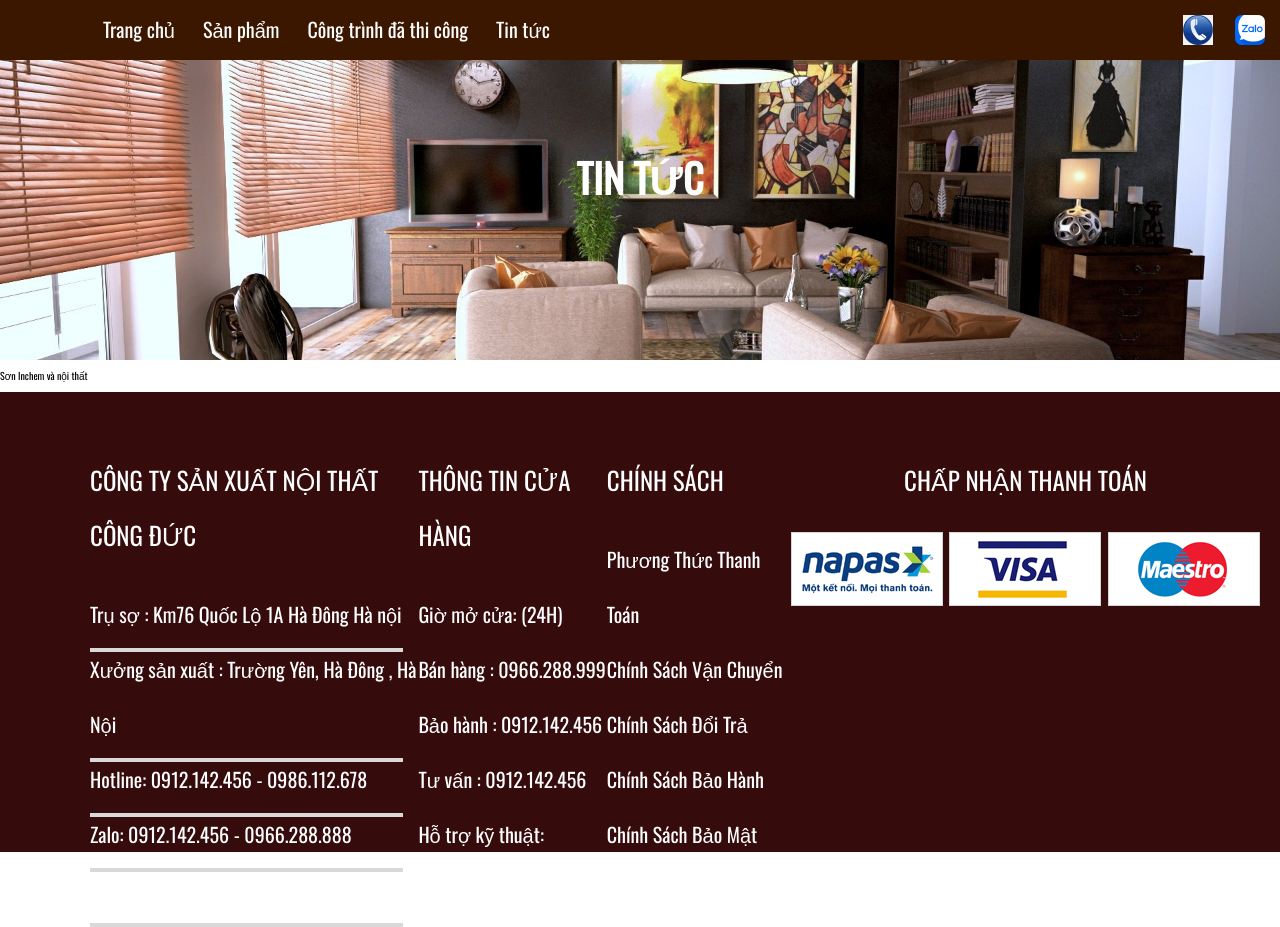
Repository: KHANHD192/FigmaTo-HTML
Page: APP-SHOP/tintuc.html
The author's editor kept a copy of each file at every save. The page is drawn from the files as they stood at one save, then again after the next save.
The browser window is 1280 px wide. The pictures show the whole page.

Above is the page before, as saved 2022-11-22 01:23:03.

### APP-SHOP/tintuc.html
<!DOCTYPE html>
<html lang="en">
<head>
    <meta charset="UTF-8">
    <meta http-equiv="X-UA-Compatible" content="IE=edge">
    <meta name="viewport" content="width=device-width, initial-scale=1.0">
    <title>Tin tức</title>
    <link rel="stylesheet" href="https://cdnjs.cloudflare.com/ajax/libs/normalize/8.0.1/normalize.min.css" integrity="sha512-NhSC1YmyruXifcj/KFRWoC561YpHpc5Jtzgvbuzx5VozKpWvQ+4nXhPdFgmx8xqexRcpAglTj9sIBWINXa8x5w==" crossorigin="anonymous" referrerpolicy="no-referrer" />
    <link rel="stylesheet" href="./asset/Css_main/base.css">
    <link rel="stylesheet" href="./asset/Css_main/main.css">
    <link rel="preconnect" href="https://fonts.googleapis.com">
     <link rel="preconnect" href="https://fonts.gstatic.com" crossorigin>
   <style>
     html{
            font-family: 'Oswald', sans-serif;
        }
        .header__background{
       height: 300px;
       position:relative;
         }
         .header__background-heading{
            position:absolute;
            font-size: 40px;
            line-height: 74.1px;
            color: white;
            top:30%;
            left:50%;
            transform: translate(-50%,-50%);
         }
   </style>
    </head>
<body>
    <div class="app">
        <header class="app__header">
            <div class="header__nav-bar">
               <ul class="nav-bar__item">
                   <li>
                       <a href="./index.html" class="nav-bar__item-link">Trang chủ</a>
                   </li>
                   <li>
                       <a href="#" class="nav-bar__item-link">Sản phẩm</a>
                   </li>
                   <li>
                       <a href="./ctdtc.html" class="nav-bar__item-link">Công trình đã thi công</a>
                   </li>
                   <li>
                       <a href="./tintuc.html" class="nav-bar__item-link">Tin tức</a>
                   </li>
               </ul>
               <ul class="nav-bar__icon">
                   <li>
                       <img src="./asset/IMG/image 3.png" alt="" class="logo">
                   </li>
                   <li>
                       <img src="./asset/IMG/image 2.png" alt="" class="logo">
                   </li>
               </ul>
            </div>
            <div class="header__background">
                <h1 class="header__background-heading">TIN TỨC</h1>
                <img src="./asset/IMG/pexels-pixabay-276724.jpg" alt="background">
            </div>
         </header>
         <div class="app__container2">
           <div class="container__wrap">
            <div class="container__content">
                <div class="content__image">

                </div>
                <div class="content__text">
                    <p class="content__text-title">
                        Sơn Inchem và nội thất
                    </p>
                </div>
            </div>
           </div>
         </div>
         <footer class="app__footer">
            <div class="footer__addres">
                <p class="addres__title">CÔNG TY SẢN XUẤT NỘI THẤT CÔNG ĐỨC</p>
                <ul>
                    <li class="address__item" >Trụ sợ : Km76 Quốc Lộ 1A Hà Đông Hà nội</li>
                    <li class="address__item">Xưởng sản xuất : Trường Yên, Hà Đông , Hà Nội</li>
                    <li class="address__item">Hotline: 0912.142.456 - 0986.112.678 </li>
                    <li class="address__item">Zalo: 0912.142.456 - 0966.288.888</li>
                    <li class="address__item">
                        <a href="noithatcongduc.com.vn">Website: noithatcongduc.com.vn</a>
                    </li>
                </ul>
            </div>
            <div class="footer__info">
                <p class="addres__title">THÔNG TIN CỬA HÀNG </p>
                <ul>
                    <li> Giờ mở cửa: (24H)</li>
                    <li>Bán hàng : 0966.288.999</li>
                    <li> Bảo hành : 0912.142.456 </li>
                    <li>Tư vấn : 0912.142.456</li>
                    <li class="info__item">
                        <a href="tel:098.611.2158">Hỗ trợ kỹ thuật: 098.611.2158</a>
                    </li>
                </ul>
            </div>
            <div class="footer__term">
                <p class="addres__title">CHÍNH SÁCH</p>
                <ul>
                    <li>Phương Thức Thanh Toán</li>
                    <li>Chính Sách Vận Chuyển</li>
                    <li>Chính Sách Đổi Trả </li>
                    <li>Chính Sách Bảo Hành</li>
                    <li>
                        Chính Sách Bảo Mật Thông Tin
                    </li>
                </ul>
            </div>
            <div class="footer__payal">
                <p class="addres__title">CHẤP NHẬN THANH TOÁN</p>
                <ul class="payal__item">
                    <li>
                           <img src="./asset/IMG/image 8.png" alt="Phương thức thanh toán">
                    </li>
                </ul>
            </div>
        </footer>
    </div>
</body>
</html>

### APP-SHOP/asset/Css_main/base.css
@import url('https://fonts.googleapis.com/css2?family=Oswald&family=Roboto:wght@100&display=swap');
/* header */
html{
    font-size: 62.5%;
    box-sizing: border-box;
    font-family: 'Oswald', sans-serif;
}
.app{
    max-width: 1800px;
}
.app__header{

}
.header__nav-bar{
      display: flex;
      justify-content: space-between;
      height: 60px;
      background-color: #3C1700;;
}
.nav-bar__item {
    width: 603px;
    height: 30px;
    list-style: none;
    display: flex;
    font-family: 'Oswald', sans-serif;
    font-size: 20px;
    line-height: 29.64px;
    margin-top: 15px;
    margin-bottom: 15px ;
    margin-left: 63px;
}
.nav-bar__item-link{
    text-decoration: none;
    color: #FFFFFF;
    margin-right: 28px;
}
.header__nav-bar:not(:last-child){
    margin-right: 0;
}
.nav-bar__icon{
    list-style: none;
    display: flex;
    margin-top: 15px;
    margin-bottom: 15px ;
    margin-right: 15px;
}
.logo{
    width: 30px;
    height: 30px;
}
.logo:last-child{
    margin-left: 22px;
}
.header__background{
    width:100%;
    height: 420px;
}
.header__background img{
    width: 100%;
    height: 100%;
    object-fit: cover;
}
/* footer */
footer{
    max-width: 1800px;
    height:460px;
    background-color: #350B0C;
    color: #FFFFFF;
}
footer ul{
    list-style: none;
    padding: 0;
    font-size: 20px;
}
.app__footer{
    display:flex;
    justify-content: space-between;
}
.addres__title{
    font-size: 25px;
}
.footer__addres , .footer__info ,.footer__term ,.footer__payal{
    margin-top:35px;
}
.footer__addres{
    max-width: 508px;
    height:375px;
    margin-left:90px;
   line-height: 55px;
}
.address__item{
    position: relative;
}
.address__item::after{
    content: "";
    position: absolute;
    width: 313px;
    height: 4px;
    background-color: #D9D9D9;
    left:0;
    bottom: -10px;
}
.address__item a ,.info__item a {
    text-decoration: none;
    color:#FFFFFF;
}
 .footer__info{
    max-width: 412px;
    height: 356px;
    line-height: 55px;
 }
 .footer__term{
    max-width: 260px;
    height: 356px;
    line-height: 55px;
 }
 .footer__payal{
    line-height: 55px;
    margin-right: 20px;
 }
.footer__payal p {
    text-align: center;
}

### APP-SHOP/asset/Css_main/main.css
.app__container{
 max-width: 1800px;
    height: 3835px;
}
.collect1 h2{
    width: 285px;
    height: 42px;
    font-family: 'Oswald', sans-serif;
    font-weight: 400;
    font-size: 30px;
    line-height: 44.46px;
    color: #000000;
    position: relative;
    margin-top: 61px;
    margin-bottom: 61px;
    margin-left: 72px;
}
.collect1 h2::after{
    content: "";
    position: absolute;
    width: 1365px;
    height: 4px;
    background-color: #D9D9D9;
    left:0;
    bottom: -10px;

}
.collect1 .list__item{
    list-style: none;
    display: flex;
    margin-left:77px;
    margin-right: 88px;
    padding-left: 0;
}
.list__item li {
   max-width: 350px;
    height: 450px;
    border:  1px solid #332F2F;
    margin-right: 74px;
}
.list__item li:last-child{
    margin-right: 0;
}
li .wrap__image{
   max-width: 350px;
    height: 350px;
}
.item__image-link{
    display: block;
    max-width:100%;
    height: 63px;
    font-size: 20px;
    font-weight: 400;
    line-height: 44.46px;
   text-align: center;
   padding-top: 1.5rem;
    color: #000000;
}
li .wrap__image img{
    width: 100%;
    height: 100%;
    object-fit: cover;
}

.project__tiltle p {
    text-align: center;
    margin-top:91px;
    font-size: 50px;
    line-height: 74.1px;
    margin-bottom: 50px;
}
.list__project{
    display:flex;
    list-style: none;
    margin-left:131px;
    margin-right:131px;
    padding-left: 0;
    justify-content: space-between;
}
.list__project-item{
    max-width: 700px;
    height: 560px;
    border:  1px solid #332F2F;
}
.enfold__image{
    max-width: 700px;
    height: 400px;
}
.enfold__image img {
    width: 100%;
    height: 100%;
}
.item__project-link{
    display: block;
    max-width:100%;
    height: 63px;
    font-size: 30px;
    font-weight: 400;
    line-height: 44.46px;
   text-align: center;
   padding-top: 5rem;
    color:#6C271E;
}
.list__project-item:first-child{
    margin-right: 148px;
}
.collect1 p {
    text-align: center;
    margin-top:91px;
    font-size: 50px;
    line-height: 74.1px;
    margin-bottom: 50px;
}
.detail2{
    margin-top: 80px;
}

After the next save:
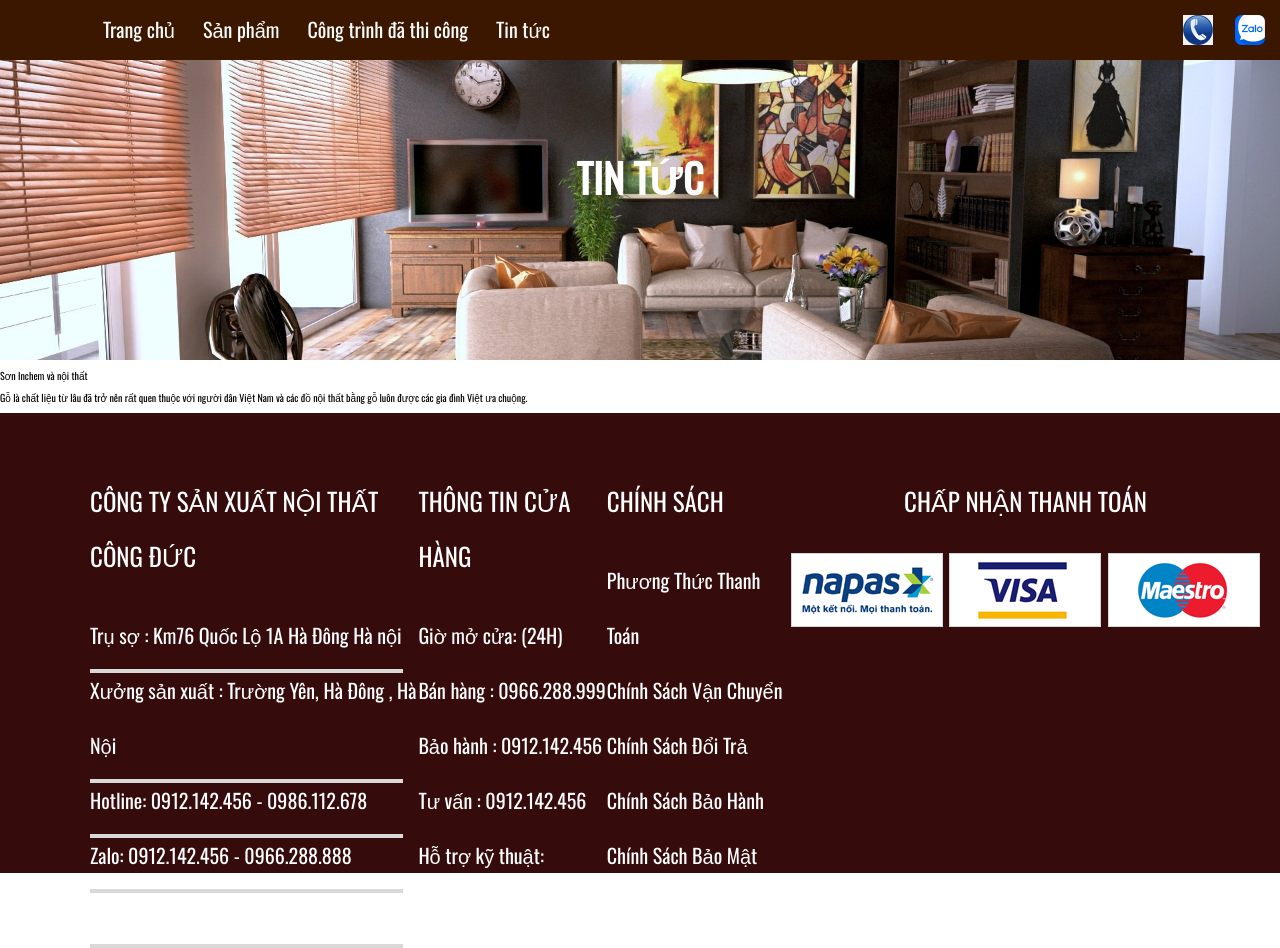
Saved 5 min 3 s later.
--- a/APP-SHOP/tintuc.html
+++ b/APP-SHOP/tintuc.html
@@ -71,6 +71,9 @@
                     <p class="content__text-title">
                         Sơn Inchem và nội thất
                     </p>
+                    <p class="content__text-derc">
+                        Gỗ là chất liệu từ lâu đã trở nên rất quen thuộc với người dân Việt Nam và các đồ nội thất bằng gỗ luôn được các gia đình Việt ưa chuộng.
+                    </p>
                 </div>
             </div>
            </div>
